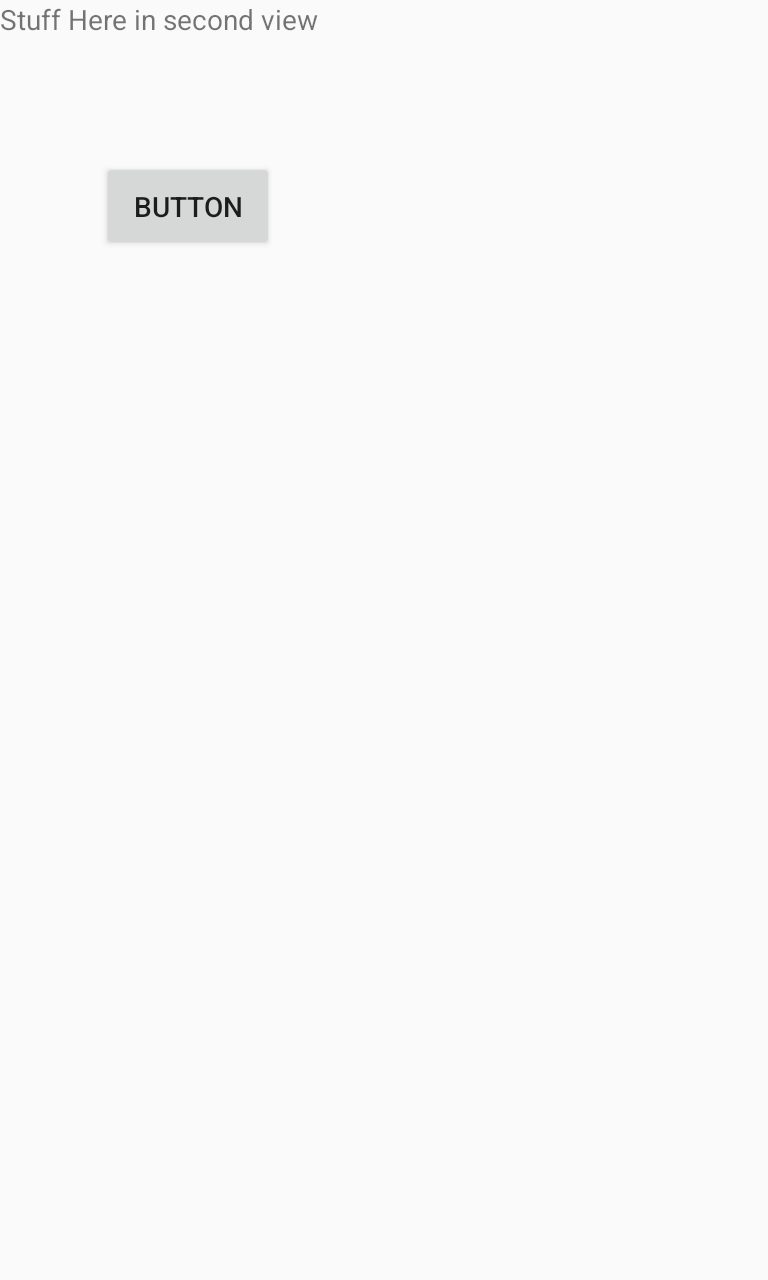
Repository: yuzhehu/workspace-androids
Layout: MyFirstApplication/res/layout/my_view.xml
These files come from the project's save history. The layout is drawn as it stood at one moment and after the next save; the edit follows.
It is drawn on a 768 x 1280 px phone screen (xhdpi) without system bars, with theme AppTheme; the app's code is not run.

Above is the layout before, as saved 2014-09-11 19:54:37.

### MyFirstApplication/res/layout/my_view.xml
<?xml version="1.0" encoding="utf-8"?>
<LinearLayout xmlns:android="http://schemas.android.com/apk/res/android"
    android:layout_width="match_parent"
    android:layout_height="match_parent"
    android:orientation="vertical" >

    <TextView
        android:id="@+id/textView1"
        android:layout_width="wrap_content"
        android:layout_height="wrap_content"
        android:text="Stuff Here in second view" />

    <Button
        android:id="@+id/button1"
        android:layout_width="wrap_content"
        android:layout_height="wrap_content"
        android:layout_marginLeft="50dp"
        android:layout_marginTop="60dp"
        android:text="Button" />

</LinearLayout>

Loaded but not shown: MyFirstApplication/res/values/styles.xml (common file); MyFirstApplication/res/values-v11/styles.xml (common file); MyFirstApplication/res/values-v14/styles.xml (common file)

After the next save:
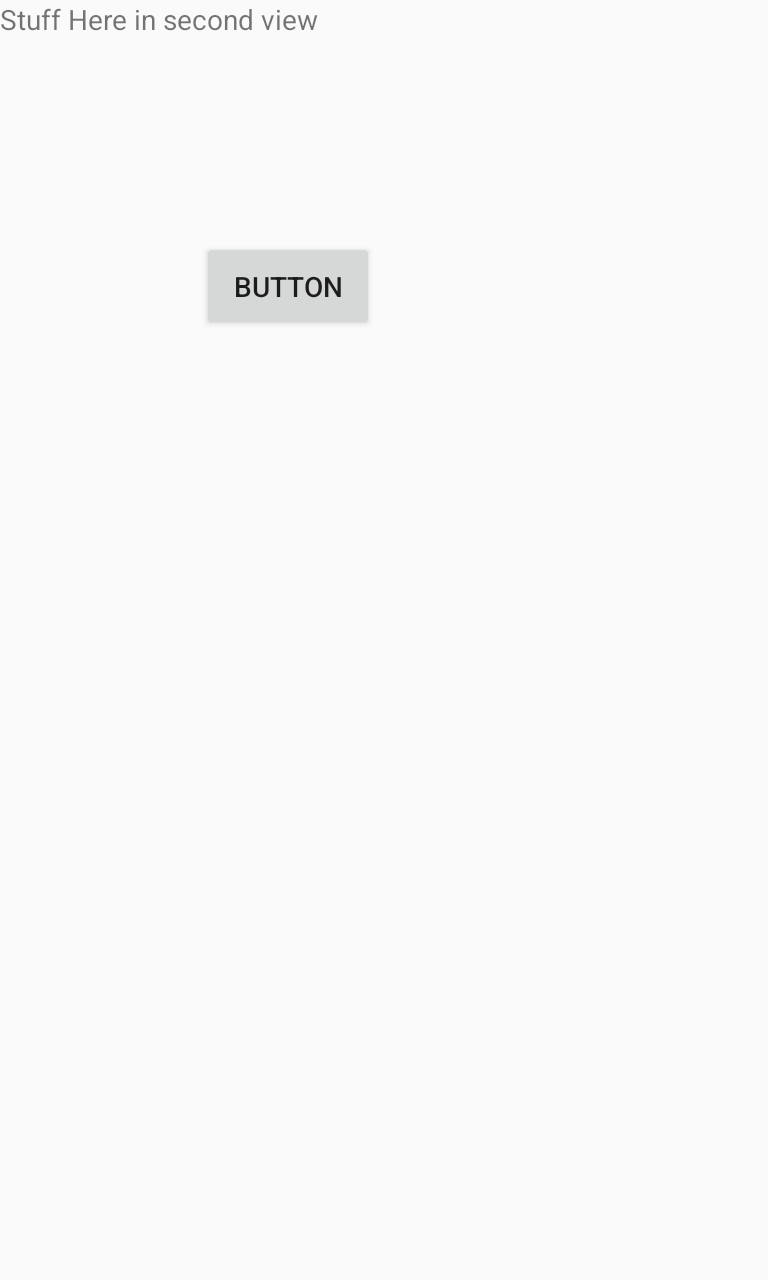
Saved 11 s later.
--- a/MyFirstApplication/res/layout/my_view.xml
+++ b/MyFirstApplication/res/layout/my_view.xml
@@ -14,8 +14,8 @@
         android:id="@+id/button1"
         android:layout_width="wrap_content"
         android:layout_height="wrap_content"
-        android:layout_marginLeft="50dp"
-        android:layout_marginTop="60dp"
+        android:layout_marginLeft="100dp"
+        android:layout_marginTop="100dp"
         android:text="Button" />
 
 </LinearLayout>
